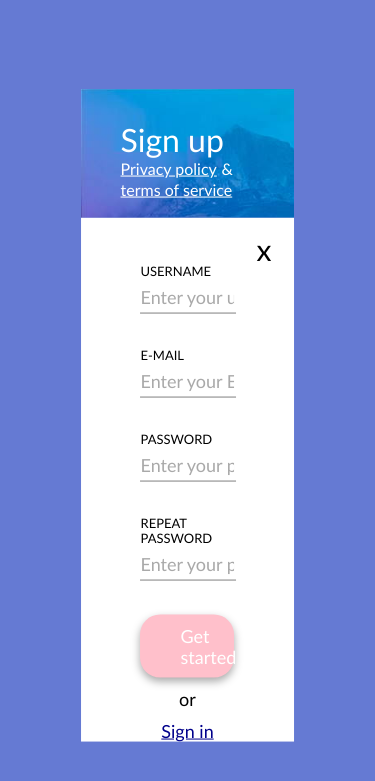
Repository: motiejus1/11-paskaita-adobexd-registracija
Page: index.html
An editor plug-in stored every save of this project. The page is shown before and after a run of saves, followed by the edit.
The browser window is 375 px wide. The pictures show the whole page.

Above is the page before, as saved 2021-06-21 18:37:04.

### index.html
<!DOCTYPE html>
<html lang="en">
<head>
    <meta charset="UTF-8">
    <meta http-equiv="X-UA-Compatible" content="IE=edge">
    <meta name="viewport" content="width=device-width, initial-scale=1.0">
    <title>Registracija</title>
    <style>
        html {
            font-size: 18px;
            height: 100%;
        }

        body {
            margin: 0 auto;
            min-height: 100%;
            max-width: 1920px;
            background-color: #657AD3;
            font: normal normal normal 1rem/1.1667rem Gill Sans MT;
        }

        .container {
            width: 42.05%;
            position: absolute;
            top: 50%;
            left: 50%;
            transform: translate(-50%, -50%);
        }

        .left-column, .right-column {
            float:left;
            height: 26.8889rem;
        }

        .left-column {
            background-color: transparent;
            width: 40%;

        }

        .right-column {
            width: 60%;
            background-color: #fff;
        }

        .left-column-container {
            margin-top: 1.6667rem;
            height: 23.5556rem;
            background-color: #fff;
            background: transparent url('img/mountain.png') 0% 0% no-repeat padding-box;
            background-size: cover;
            padding-left: 2.2222rem;
            position: relative;

        }

        h1 {
            font: normal normal normal 1.7778rem/2.0556rem Gill Sans MT;
            color: #FFFFFF;
            margin: 0;
            padding-top: 32px;
        }


        .links {
            position: absolute;
            bottom: 1.3889rem;
        }

        .links a, .links p {
            display: inline-block;
            color: #FFFFFF;
            font: normal normal normal 0.8889rem/1.0556rem Gill Sans MT;
        }

        .links a:hover {
            color:#808080;
        }

        .links p {
            margin: 0;
        }

        .right-column-container {
            padding-left: 3.3333rem;
            padding-top: 2.5556rem;
            padding-right: 3.3333rem;
        }

        input {
            display: block;
            width: 100%;
            border: 0;
            border-bottom: 1px solid #808080;
            padding-bottom: 0.3333rem;
            padding-left: 0;
        }

        input:focus {
            border: 0;
            outline: none;
            border-bottom: 1px solid #808080;
        }
        /* klase input */

        .input {
            margin-bottom: 1.8889rem;
        }

        label {
            display: block;
            font: normal normal normal 0.7222rem/0.8333rem Gill Sans MT;
            text-transform: uppercase;
            color: #000000;
            padding-bottom: 0.6667rem;
        }

        ::-webkit-input-placeholder {
            font: normal normal normal 1rem/1.1667rem Gill Sans MT;
            color: #A9A9A9;

        }

        .close {
            font: normal normal normal 1.6667rem/1.9444rem Gill Sans MT;
            color:#000000;
            position: absolute;
            top: 0.7778rem;
            right: 1.2778rem;
        }

        .close:hover {
            cursor: pointer;
            color:#808080;
        }

        .right-column-bottom-action button, .right-column-bottom-action p, .right-column-bottom-action a {
            display:inline-block;
        }

        .right-column-bottom-action p {
            padding-left: 0.7778rem;
            margin: 0;
            font: normal normal normal 1rem/1.1667rem Gill Sans MT;
        }

        .right-column-bottom-action a {
            padding-left: 1.3333rem;
            font: normal normal normal 1rem/1.1667rem Gill Sans MT;
            color:#00008B;
        }

        .right-column-bottom-action a:hover {
            color:#808080;
        }

        .btn {
            font: normal normal normal 1rem/1.1667rem Gill Sans MT;
            color: #FFFFFF;
            background-color: #FFC0CB;
            border: none;
            padding-left: 2.2222rem;
            padding-top: 0.5556rem;
            padding-right: 2.2222rem;
            padding-bottom: 0.5556rem;
            border-radius: 20px;
            box-shadow: 0 4px 8px darkgrey;

        }

        .btn:hover {
            cursor: pointer;
            box-shadow: 0 4px 8px grey;
        }

        @media screen and (max-width:1590px) {
            .container {
                width: 57.05%;
            }
        }

        @media screen and (max-width:1160px) {
            .right-column-bottom-action button,
            .right-column-bottom-action p,
            .right-column-bottom-action a {
                display:block;
                padding-top: 0.6111rem;
            }

            .right-column-bottom-action a, .right-column-bottom-action p {
                padding-left: 0;
                text-align: center;
            }

            .right-column-bottom-action button {
                width: 100%;
            }
        }

        @media screen and (max-width:833px) {
            .right-column, .left-column {
                width: 100%;
                height: auto;
            }

            .left-column-container {
                height: auto;
            }

            .links {
                position:static;
                bottom: 0;
                padding-bottom: 1rem;
            }

            .right-column-container {
                position: relative;
            }
        }

        @media screen and (max-width:500px) {

        .c

        }



    </style>

</head>
<body>

    <div class="container">

        <div class="left-column">
            <div class="left-column-container">
                <h1>Sign up</h1>

                <div class="links">
                    <a href="#">Privacy policy</a>
                    <p>&</p>
                    <a href="#">terms of service</a>
                </div>
            </div>
        </div>
        <div class="right-column">
            <div class="right-column-container">
                <span class="close">x</span>
                <div class="input">
                    <label for="username">Username</label>
                    <input placeholder="Enter your user name" type="text" id="username" name="username" />
                </div>
                <div class="input">
                    <label for="email">E-mail</label>
                    <input placeholder="Enter your E-mail" type="text" id="email" name="email" />
                </div>
                <div class="input">
                    <label for="password">Password</label>
                    <input placeholder="Enter your password" type="password" id="password" name="password" />
                </div>
                <div class="input">
                    <label for="repeat-password">Repeat password</label>
                    <input placeholder="Enter your password" type="password" id="repeat-password" name="repeat-password" />
                </div>

                <div class="right-column-bottom-action">
                    <button class="btn">Get started</button>
                    <p>or</p>
                    <a href="#">Sign in</a>
                </div>
            </div>
        </div>
    </div>

</body>
</html>

After the next 4 saves:
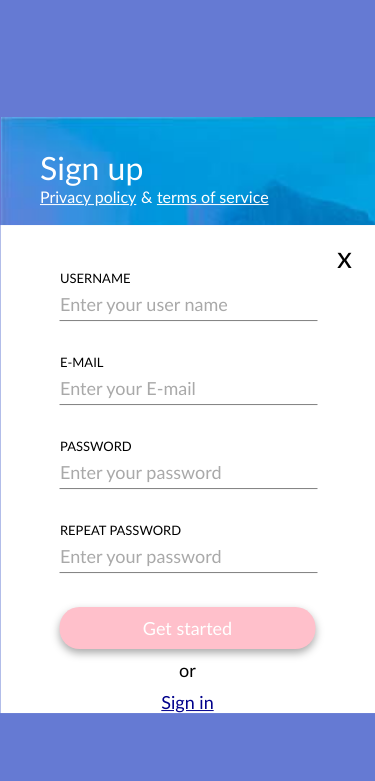
The 4 saves are shown as one change because they came seconds apart.
The last was saved 17 s later.
--- a/index.html
+++ b/index.html
@@ -220,7 +220,14 @@
 
         @media screen and (max-width:500px) {
 
-        .c
+
+            html {
+
+            }
+
+        .container {
+            width: 100%;
+        }
 
         }
 
